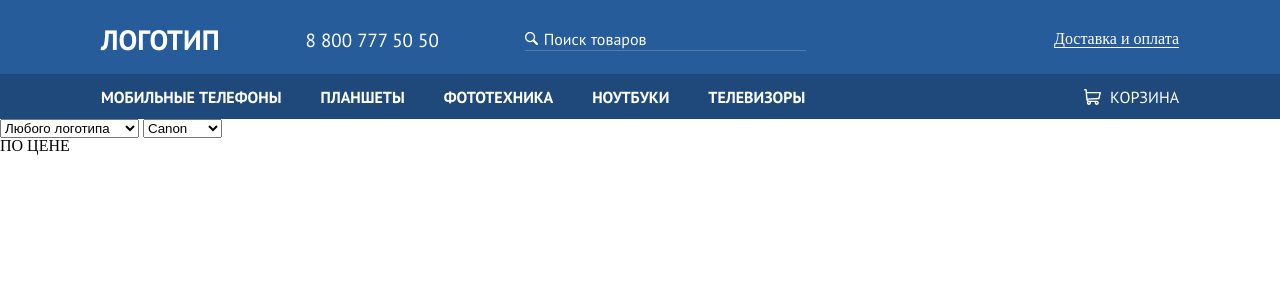
Repository: sem1103/WEBCompany
Page: index.html
An editor plug-in stored every save of this project. The page is shown before and after the next save, followed by the edit.
The browser window is 1280 px wide. The pictures show the whole page.

Above is the page before, as saved 2024-01-11 19:24:51.

After the next save:
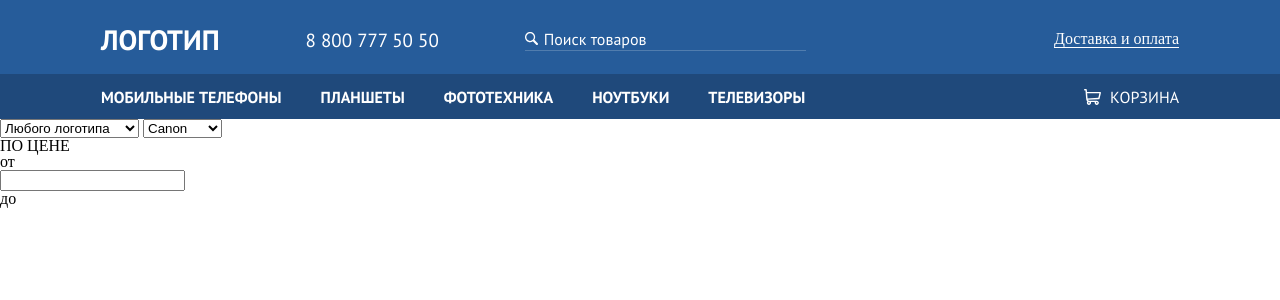
Saved 2 min 11 s later.
--- a/index.html
+++ b/index.html
@@ -81,6 +81,13 @@
                 <div class="price__filter">
                     <p>ПО ЦЕНЕ</p>
 
+                    <div class="price__from">
+                        <p>от</p>
+                        <input type="number" name="fromPrice" >
+                    </div>
+                    <div class="price__to">
+                        <p>до</p>
+                    </div>
                 </div>
             </div>
         </main>
